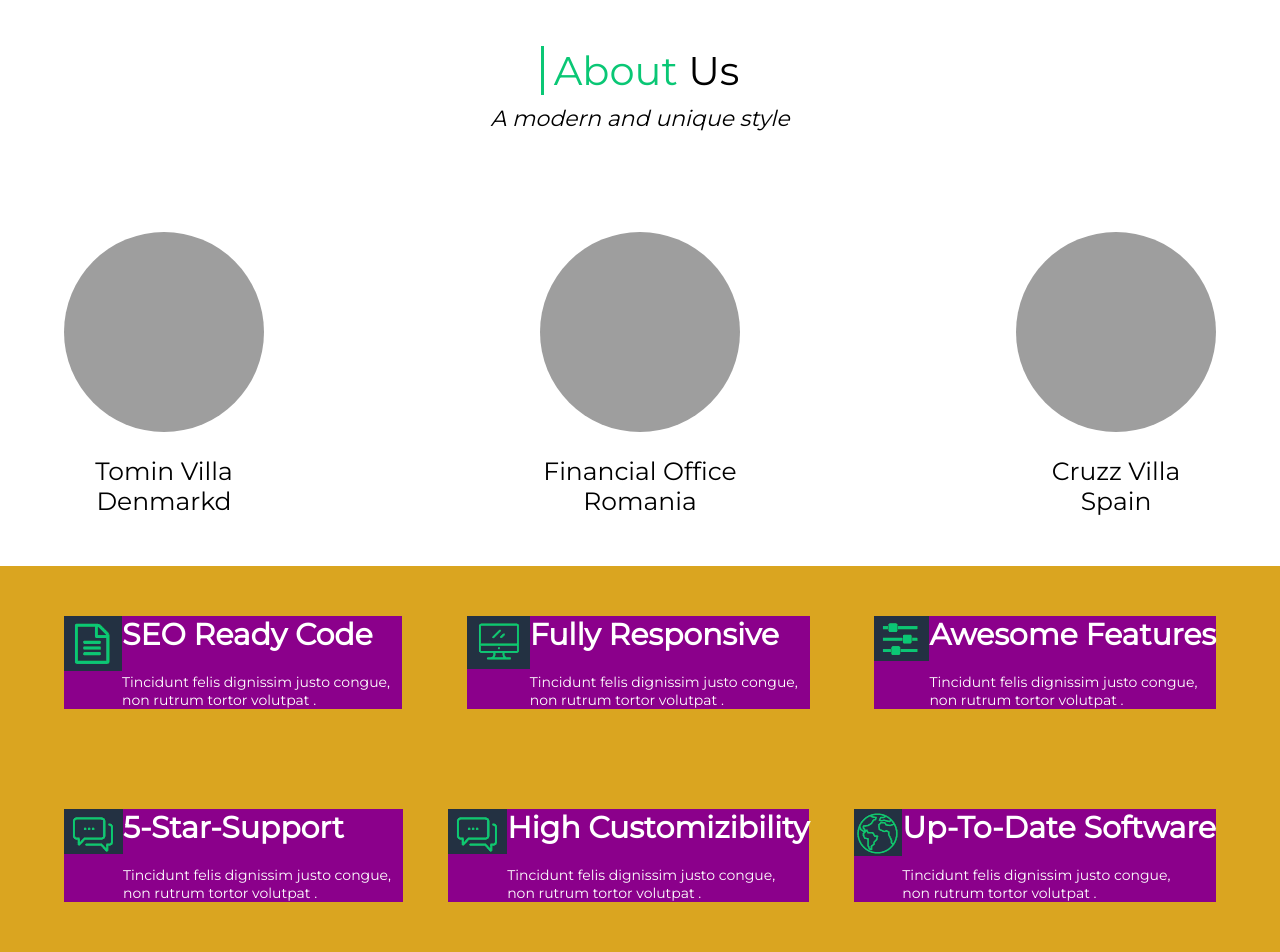
Repository: Yowani24/Real-Estate2
Page: index.html
These files come from the project's save history. The page is drawn as it stood at one moment and after the next save; the edit follows.
The browser window is 1280 px wide. The pictures show the part of the page from y = 809 to 1761 px (the page is 1761 px tall).
Pictures or frames that could not be fetched are drawn as grey boxes. Some web fonts or font styles are not loaded; a fallback is used.

Above is the page before, as saved 2021-08-27 14:30:48.

After the next save:
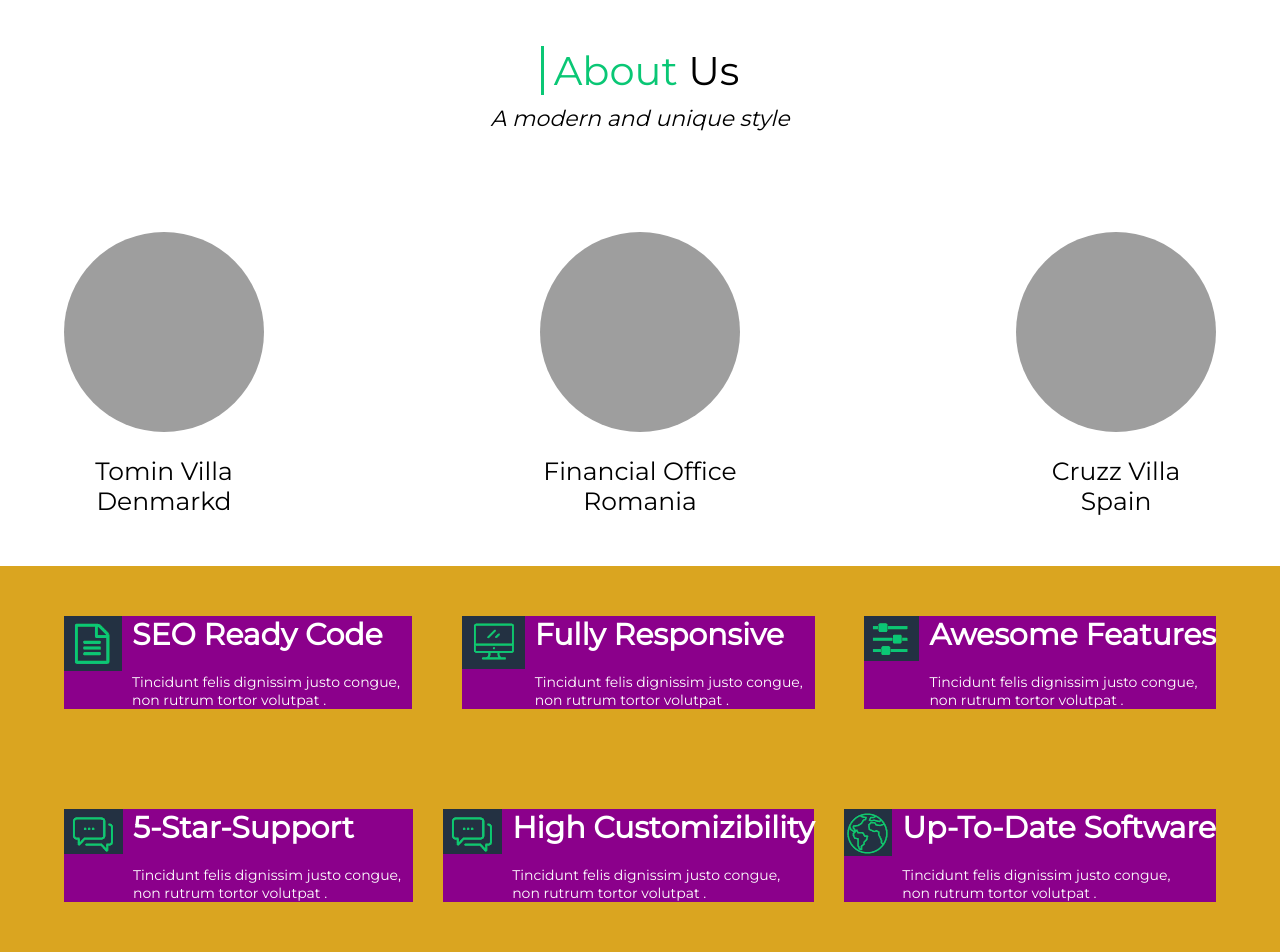
Saved 59 s later.
--- a/styles.css
+++ b/styles.css
@@ -176,6 +176,9 @@ Header .menu nav a{
     margin: 50px 0;
     align-items: flex-start;
 }
+.services_box img{
+    margin-right: 10px;
+}
 .services_box h5{
     font-size: 30px;
 }
